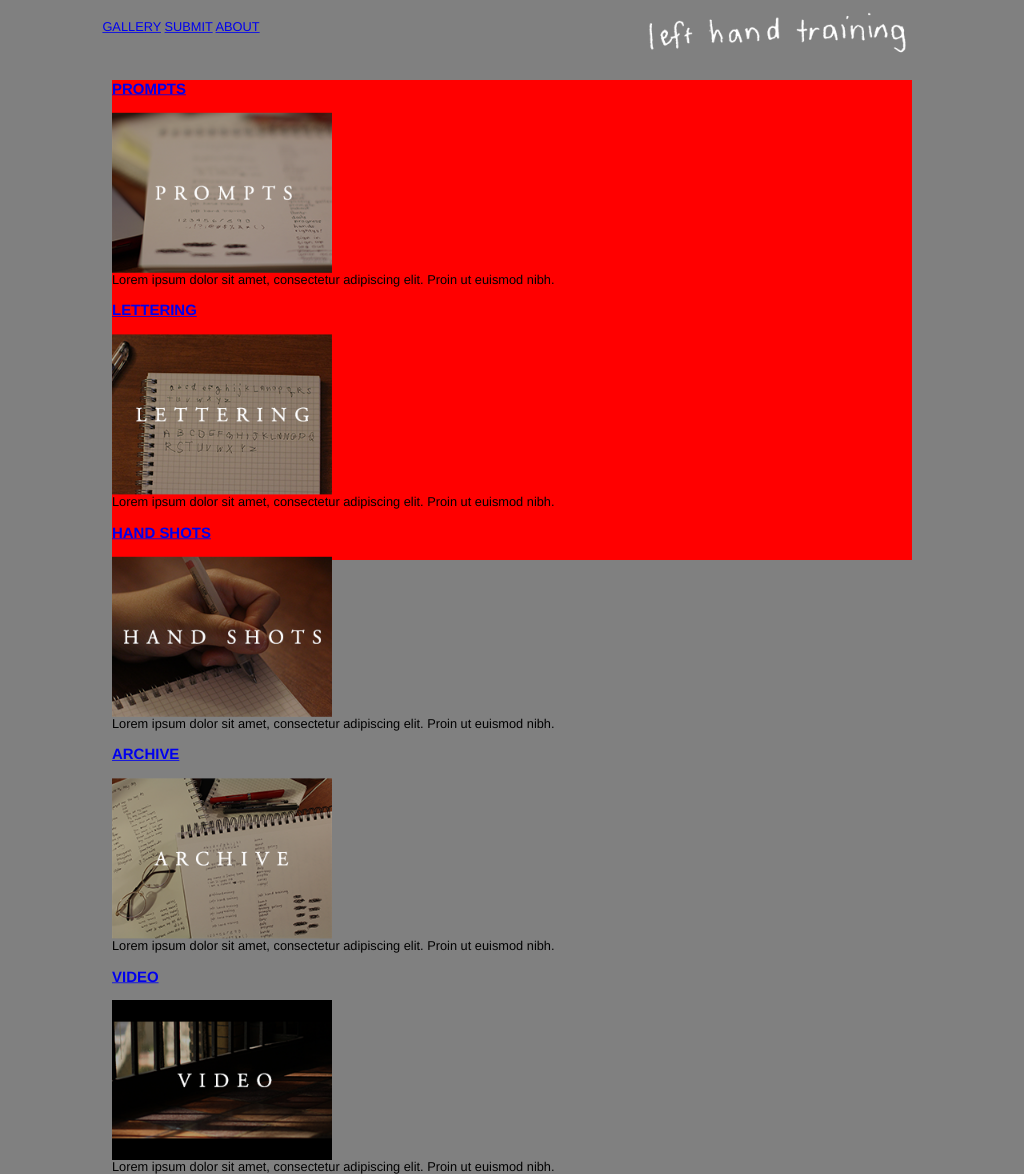
Repository: simonekurtz/simonekurtz.github.io
Page: 3ASGN_Catalog/gallery.html
The author's editor kept a record of every edit. The page is drawn from the files as they stood at one moment, then again after the next edit.
The browser window is 1280 px wide. The pictures show the whole page, at 80% of full size.
Some web libraries are served in a nearby version.

Above is the page before.

### 3ASGN_Catalog/gallery.html
<html>
    <head>
       <title>Left Hand Training</title>
         <link rel="stylesheet" href="gallery.css">

    </head>
    <body>
    <div class="splash-header">
        </div>

        <div class="header-image"><a href="index.html"><img src="images/menu/title_small.png"></a>
        </div>

        <div class="menu">
        <a href="gallery.html">GALLERY</a>
        <a href="submit.html">SUBMIT</a>
        <a href="about.html">ABOUT</a>
        </div>

<!--        <div class="menu">
            <a href="gallery.html"><img src="images/menu/gallery.png" class="gallerylink"></a>
            <a href="submit.html"><img src="images/menu/submit.png" class="submitlink"></a>
            <a href="about.html"><img src="images/menu/about.png" class="aboutlink"></a>

-->

        <div class="splash image">
            <a href="images/images/IMG_3008.jpg"></a>
        </div>

        <div class="content">
            <div class="GalleryBinder">

                <div class="GalleryBinderSub1">

                <div class="Gallery1">
                    <h3><a href="prompts.html">PROMPTS</a></h3>
                    <div class="galleryContainer1">
                        <div class="galleryImage1"><img src="images/images/PromptsCover.png">
                        </div>
                        <div class="galleryText">
                        Lorem ipsum dolor sit amet, consectetur adipiscing elit. Proin ut euismod nibh.
                        </div>
                    </div>
                </div>
                <div class="Gallery2">
                    <h3><a href="lettering.html">LETTERING</a></h3>
                    <div class="galleryContainer2">
                        <div class="galleryImage2"><img src="images/images/LetteringCover.png">
                        </div>
                        <div class="galleryText">
                        Lorem ipsum dolor sit amet, consectetur adipiscing elit. Proin ut euismod nibh.
                        </div>
                    </div>
                </div>
                <div class="Gallery3">
                    <h3><a href="handshots.html">HAND SHOTS</a></h3>
                    <div class="galleryContainer3">
                        <div class="galleryImage3"> <img src="images/images/HandCover.png">

                        </div>
                        <div class="galleryText">
                        Lorem ipsum dolor sit amet, consectetur adipiscing elit. Proin ut euismod nibh.
                        </div>
                    </div>
                </div>
                </div>
                <div class="GalleryBinderSub1">
                <div class="Gallery4">
                    <h3><a href="archive.html">ARCHIVE</a></h3>
                    <div class="galleryContainer4">
                        <div class="galleryImage4">
                            <img src="images/images/ArchiveCover.png">
                        </div>
                        <div class="galleryText">
                        Lorem ipsum dolor sit amet, consectetur adipiscing elit. Proin ut euismod nibh.
                        </div>
                    </div>
                </div>
                <div class="Gallery5">
                    <h3><a href="video.html">VIDEO</a></h3>
                    <div class="galleryContainer5">
                        <div class="galleryImage5"><img src="images/images/VideoCover.png">
                        </div>
                        <div class="galleryText">
                        Lorem ipsum dolor sit amet, consectetur adipiscing elit. Proin ut euismod nibh.
                        </div>
                    </div>
                </div>
                </div>
            </div>
            <div class="longwrapper">
                <div class="wrappercontent">

                </div>
            </div>
        </div>



        <script type="text/javascript" src="//code.jquery.com/jquery-1.11.2.min.js"></script>
        <script type="text/javascript" src="script.js"></script>
    </body>
</html>

### 3ASGN_Catalog/gallery.css
body {
    margin: 0px;
    cursor: url("images/icons/left-arrow-resize.png"), auto;
    font-family: helvetica, arial, sans-serif;
    background-color: gray;
}

a:hover{
    cursor:url("images/icons/left-pointer-resize.png"), auto;
}

.menu {
    position: absolute;
    width: 350px;
    left: 10%;
    top: 25px;
}

.header-image {
    position: absolute;
    top:10px;
    right: 10%;
}

.gallerylink {
    position: relative;
    padding: 1%;
}

.submitlink {
    position: relative;
    padding: 1%;
    top: -7px;
}

.aboutlink {
    position: relative;
    padding: 1%;
    top: -11px;
}

.content {
    background-color: red;
    width: 1000px;
    height: 600px;
    margin: 0 auto;
    margin-top: 100px;
}

### 3ASGN_Catalog/script.js
// var delay=1000 //set delay in miliseconds
// var curindex=0


	var randomimages = ["IMG_2998.JPG", "IMG_3003.jpg", "IMG_3008.jpg", "IMG_3018.jpg", "IMG_3043.jpg"];


function randselect() {
    var slideshow = "url(images/images/" + randomimages[Math.floor(Math.random()*randomimages.length)] + ")";

$("body").css("background-image",slideshow);

}

setInterval("randselect()",7000);

setTimeout("randselect()",1000);




// var preload=new Array()

// for (n=0;n<randomimages.length;n++)
// {
// 	preload[n]=new Image()
// 	preload[n].src=randomimages[n]
// }

// document.write('<img name="defaultimage" src="images/'+randomimages[Math.floor(Math.random()*(randomimages.length))]+'">')

// function rotateimage()
// {

// if (curindex==(tempindex=Math.floor(Math.random()*(randomimages.length)))){
// curindex=curindex==0? 1 : curindex-1
// }
// else
// curindex=tempindex

// 	document.images.defaultimage.src=randomimages[curindex]
// }

// setInterval("rotateimage()",delay)

After the next edit:
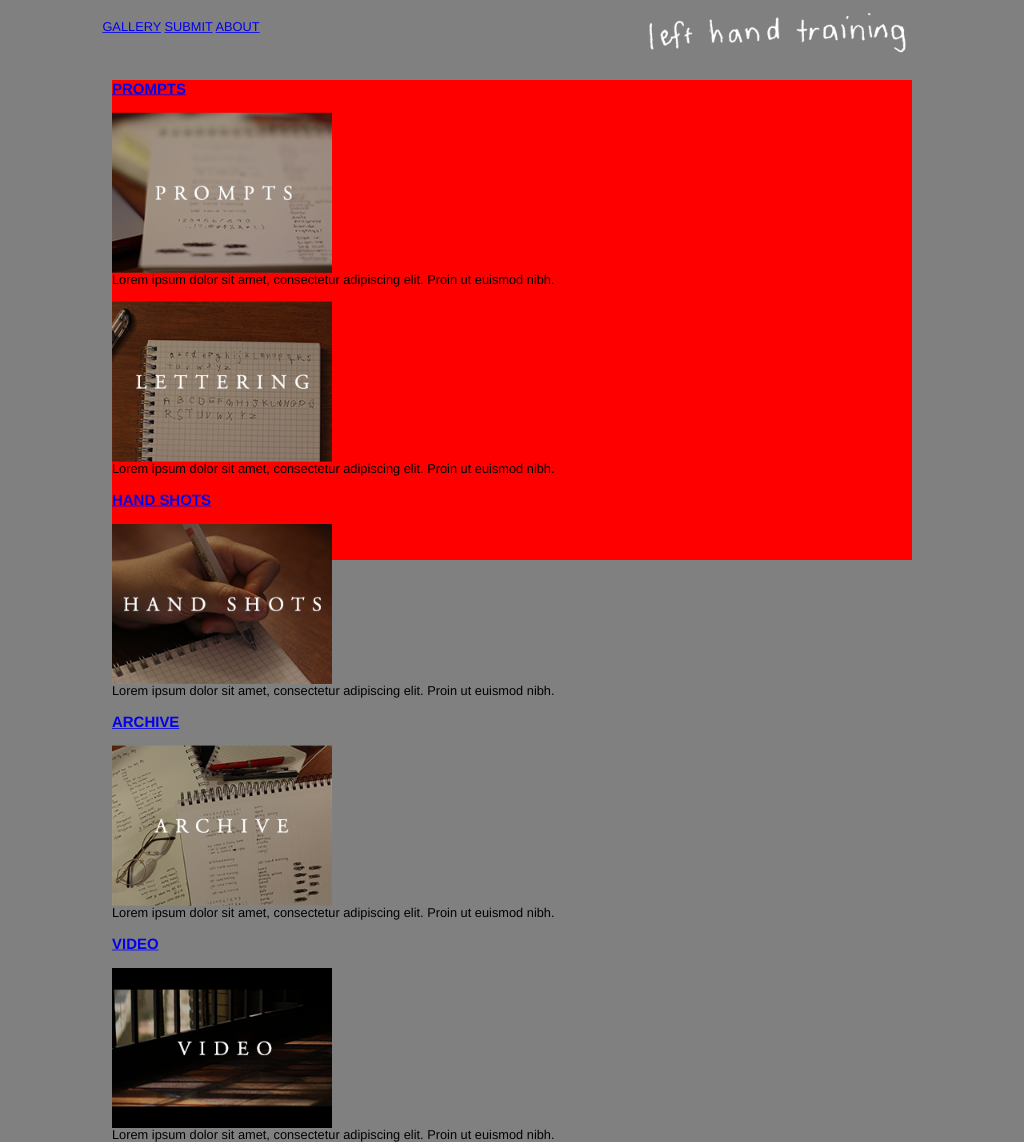
The edit:
--- a/3ASGN_Catalog/gallery.html
+++ b/3ASGN_Catalog/gallery.html
@@ -44,7 +44,7 @@
                     </div>
                 </div>
                 <div class="Gallery2">
-                    <h3><a href="lettering.html">LETTERING</a></h3>
+                    <h3><a href="lettering.html"></a></h3>
                     <div class="galleryContainer2">
                         <div class="galleryImage2"><img src="images/images/LetteringCover.png">
                         </div>
